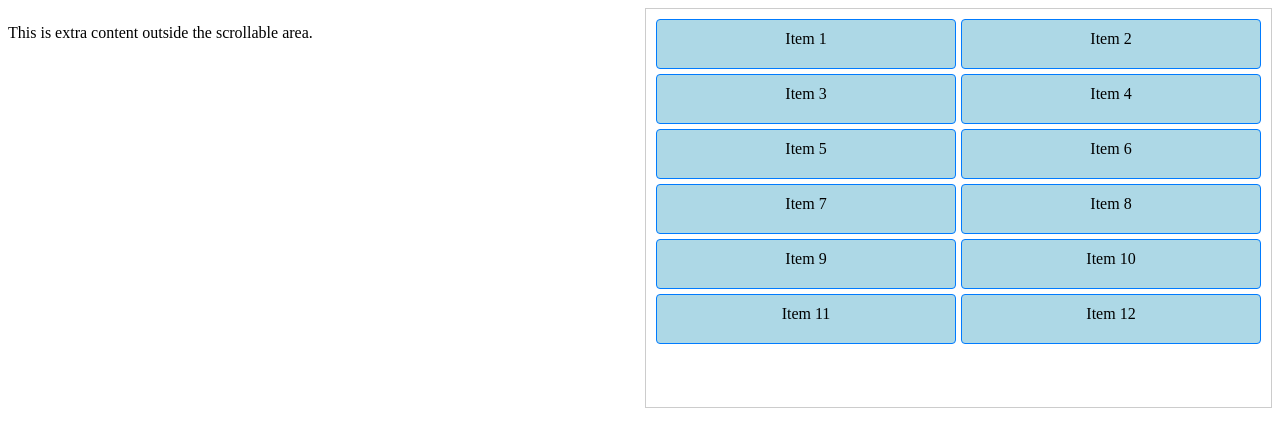
Repository: notgudmewhathuh12122334354556/GroceryInventory
Page: grid.html
These files come from the project's save history. The page is drawn as it stood at one moment and after the next save; the edit follows.
The browser window is 1280 px wide. The pictures show the whole page.
An inner scrolling area shows only its first screen.

Above is the page before, as saved 2024-11-19 22:44:02.

### grid.html
<!DOCTYPE html>
<html lang="en">
<head>
  <meta charset="UTF-8">
  <meta name="viewport" content="width=device-width, initial-scale=1.0">
  <title>Scrollable Grid Inside Div</title>
  <style>
    /* Outer Container */
    .container {
      display: grid;
      grid-template-columns: 1fr 1fr; /* Two-column layout */
      gap: 10px;
      height: 400px; /* Set height for demonstration */
    }

    /* Scrollable Div */
    .scrollable {
      overflow-y: auto; /* Enables vertical scrolling */
      max-height: 100%; /* Restrict height */
      padding: 10px;
      border: 1px solid #ccc;
    }

    /* Grid Inside Scrollable Div */
    .scrollable-grid {
      display: grid;
      grid-template-columns: 1fr 1fr; /* Three columns */
      grid-auto-rows: minmax(50px, auto); /* Dynamic rows */
      gap: 5px;
    }

    /* Grid Items */
    .grid-item {
      background-color: lightblue;
      text-align: center;
      padding: 10px;
      border: 1px solid #007BFF;
      border-radius: 4px;
    }
  </style>
</head>
<body>
  <div class="container">
    <!-- Sidebar or Extra Content -->
    <div class="extra-content">
      <p>This is extra content outside the scrollable area.</p>
    </div>

    <!-- Scrollable Grid Container -->
    <div class="scrollable">
      <div class="scrollable-grid">
        <div class="grid-item">Item 1</div>
        <div class="grid-item">Item 2</div>
        <div class="grid-item">Item 3</div>
        <div class="grid-item">Item 4</div>
        <div class="grid-item">Item 5</div>
        <div class="grid-item">Item 6</div>
        <div class="grid-item">Item 7</div>
        <div class="grid-item">Item 8</div>
        <div class="grid-item">Item 9</div>
        <div class="grid-item">Item 10</div>
        <div class="grid-item">Item 11</div>
        <div class="grid-item">Item 12</div>
      </div>
    </div>
  </div>
</body>
</html>

After the next save:
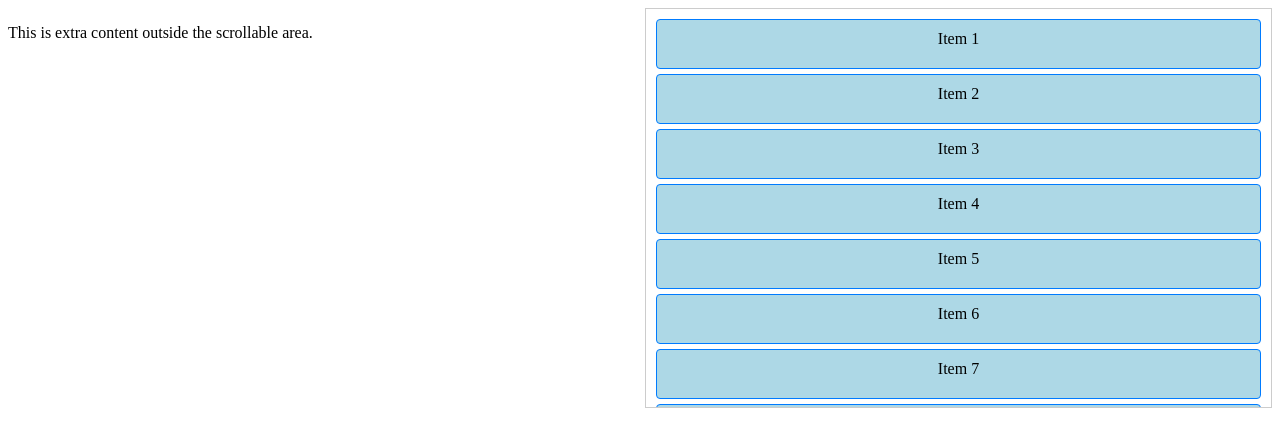
Saved 8 s later.
--- a/grid.html
+++ b/grid.html
@@ -24,7 +24,7 @@
     /* Grid Inside Scrollable Div */
     .scrollable-grid {
       display: grid;
-      grid-template-columns: 1fr 1fr; /* Three columns */
+      grid-template-columns: 1fr; /* Three columns */
       grid-auto-rows: minmax(50px, auto); /* Dynamic rows */
       gap: 5px;
     }
